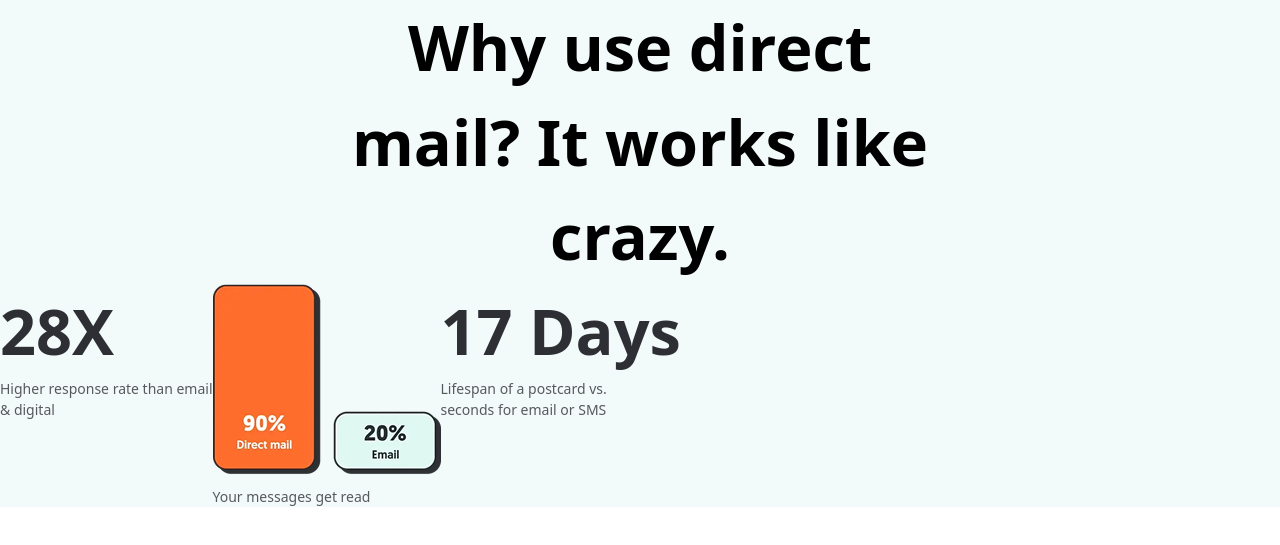
Repository: trusha97/postpilot
Page: mailsende.html
An editor plug-in stored every save of this project. The page is shown before and after a run of saves, followed by the edit.
The browser window is 1280 px wide. The pictures show the whole page.
Some web libraries are served in a nearby version.

Above is the page before, as saved 2025-05-21 14:53:29.

After the next 5 saves:
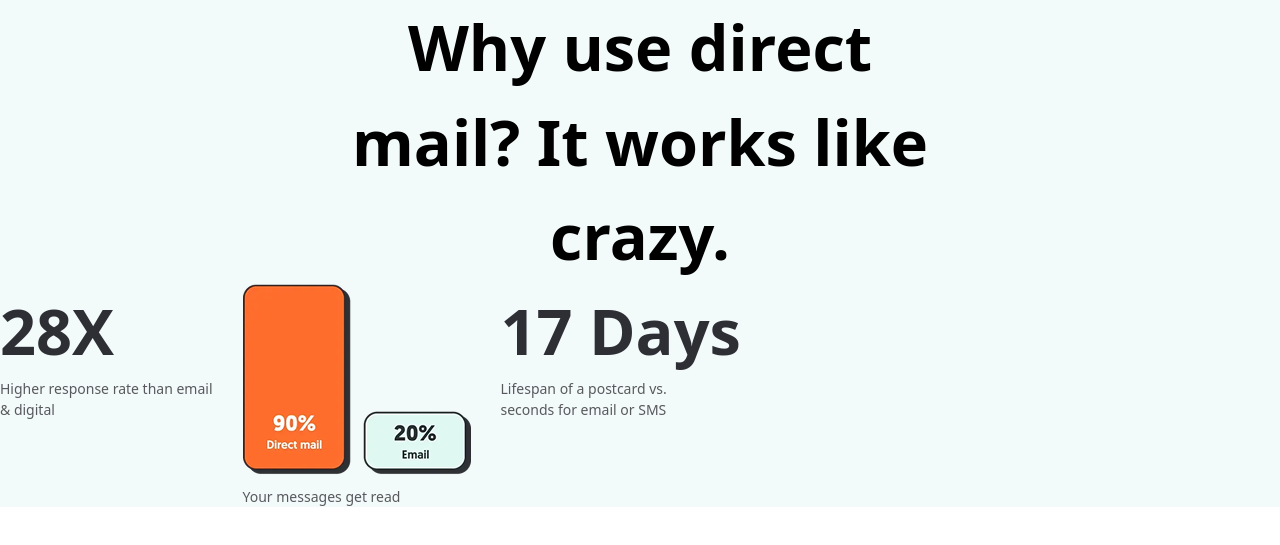
The 5 saves are shown as one change because they came seconds apart.
The last was saved 31 s later.
--- a/mailsende.html
+++ b/mailsende.html
@@ -16,7 +16,7 @@
                 It <span>works</span> like crazy.</p>
         </div>
         <div
-            class="flex">
+            class=" flex gap-[30px]">
             <div>
                 <h2 class="text-[63px] font-[700] text-[#2E2F35] max-md:text-[50px] max-sm:text-[30px]">28X</h2>
                 <p class="text-[14px] font-[500] text-[#58595D]">Higher response rate than email<br>&
